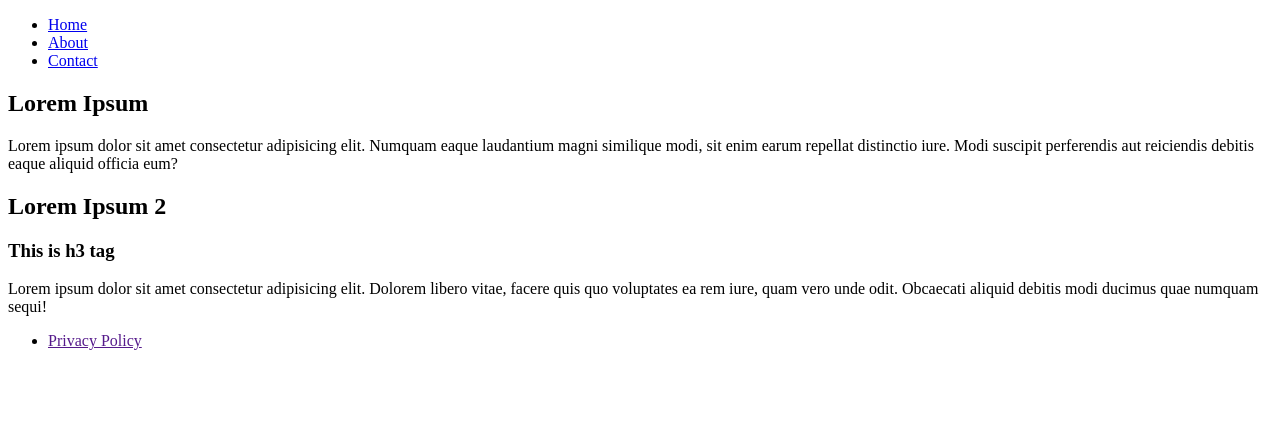
Repository: fisikusari/test-repo
Page: index.html
An editor plug-in stored every save of this project. The page is shown before and after a run of saves, followed by the edit.
The browser window is 1280 px wide. The pictures show the whole page.

Above is the page before, as saved 2021-11-11 17:59:41.

### index.html
<!DOCTYPE html>

<html lang="en">

<head>
  <meta charset="UTF-8">
  <meta http-equiv="X-UA-Compatible" content="IE=edge">
  <meta name="viewport" content="width=device-width, initial-scale=1.0">
  <title>Fisnik</title>
</head>
<nav>
  <ul>
    <li><a href="#">Home</a></li>
    <li><a href="about.html">About</a></li>
    <li><a href="contact.html">Contact</a></li>
  </ul>
</nav>

<body>

  <section>
    <h1>Lorem Ipsum</h1>
    <p>Lorem ipsum dolor sit amet consectetur adipisicing elit. Numquam eaque laudantium magni similique modi, sit enim earum repellat distinctio iure. Modi suscipit perferendis
      aut reiciendis debitis eaque aliquid officia eum?</p>
  </section>
  <section>
    <h1>Lorem Ipsum 2</h1>
    <h3>This is h3 tag</h3>
    <p>Lorem ipsum dolor sit amet consectetur adipisicing elit. Dolorem libero vitae, facere quis quo voluptates ea rem iure, quam vero unde odit. Obcaecati aliquid debitis modi
      ducimus quae numquam sequi!</p>
  </section>
  <footer>
    <nav>
      <ul>
        <li><a href="">Privacy Policy</a></li>
      </ul>
    </nav>
  </footer>
</body>

</html>

After the next 2 saves:
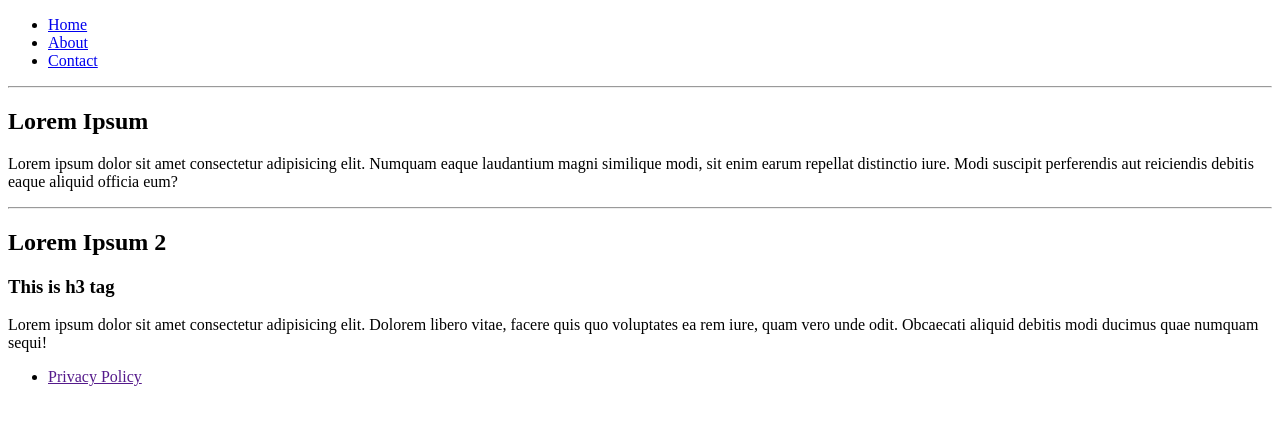
The 2 saves are shown as one change because they came seconds apart.
The last was saved 34 s later.
--- a/index.html
+++ b/index.html
@@ -17,12 +17,13 @@
 </nav>
 
 <body>
-
+  <hr>
   <section>
     <h1>Lorem Ipsum</h1>
     <p>Lorem ipsum dolor sit amet consectetur adipisicing elit. Numquam eaque laudantium magni similique modi, sit enim earum repellat distinctio iure. Modi suscipit perferendis
       aut reiciendis debitis eaque aliquid officia eum?</p>
   </section>
+  <hr>
   <section>
     <h1>Lorem Ipsum 2</h1>
     <h3>This is h3 tag</h3>
